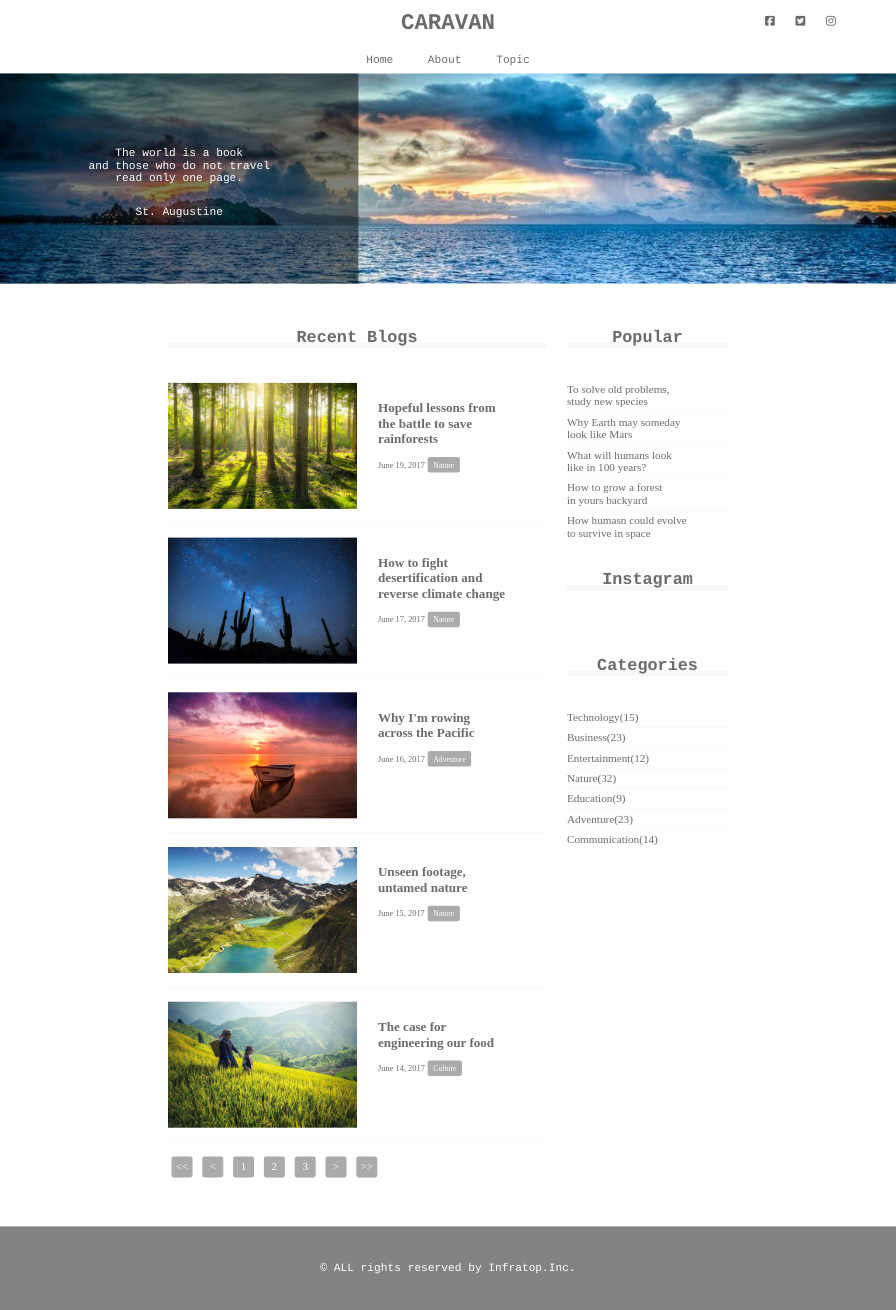
Repository: sweetyk0168/git-kadai3
Page: caravan/index.html
The author's editor kept a record of every edit. The page is drawn from the files as they stood at one moment, then again after the next edit.
The browser window is 1280 px wide. The pictures show the whole page, at 70% of full size.
Some web libraries are served in a nearby version.

Above is the page before.

### caravan/index.html
<!DOCTYPE html>
<html lang="ja">
  <head>
    <meta charset="UTF-8" />
    <script src="https://kit.fontawesome.com/51edd661f7.js" crossorigin="anonymous"></script>
    <link rel="stylesheet" href="style.css" />
    <title>CARAVAN</title>
  </head>

  <body>
    <!-- header -->
    <!--<div class="header">-->
    <header>
      <h1 class="heading">
        <a href="index.html">
          CARAVAN
        </a>
      </h1>
      <div class="social">
        <i class="fa-brands fa-square-facebook"></i>
        <i class="fa-brands fa-square-twitter"></i>
        <i class="fa-brands fa-instagram"></i>
      </div>
    </header>
    <!--</div> -->

    <!-- navigation -->
    <nav>
      <ul class="navi-list">
          <li class="navi-list-item">
            <a href="index.html">Home</a>
          </li>
          <li class="navi-list-item">About</li>
          <li class="navi-list-item">Topic</li>
      </ul>
    </nav>
    <!-- main-visual用のdiv -->
    <div class="main-visual">
      <div class="main-visual-content">
        <!-- pタグ（と文字）を追加-->
        <p class="main-visual-text">
          The world is a book<br />
          and those who do not travel<br />
          read only one page.
        </p>
        <p class="main-visual-name">
          St. Augustine
        </p>
      </div>
    </div>

    <!-- main用のdiv -->
    <main>
        <!--<div class="sidebar-right"></div>-->
        <section class="blog">
        <h2 class="blog-heading">Recent Blogs</h2>
          <div class="blog-box">
            <div class="blog-item">
              <img class="blog-image" src="img/forest.jpg">
              <section class="blog-text">
                <h3 class="blog-text-heading">
                  <a href="single.html">
                    Hopeful lessons from<br>
                    the battle to save<br>
                    rainforests
                  </a>
                </h3>
                <p class="blog-date">June 19, 2017</p>
                <span class="category">Nature</span>
              </section>
            </div>
            <div class="blog-item">
              <img class="blog-image" src="img/desert.jpg" />
              <section class="blog-text">
                  <h3 class="blog-text-heading">
                    <a href="single.html">
                      How to fight<br>
                      desertification and<br>
                      reverse climate change
                    </a>
                  </h3>
                  <p class="blog-date">June 17, 2017</p>
                  <span class="category">Nature</span>
              </section>
            </div>
            <div class="blog-item">
              <img class="blog-image" src="img/sunset.jpg" />
              <section class="blog-text">
                  <h3 class="blog-text-heading">
                    <a href="single.html">
                      Why I'm rowing<br>
                      across the Pacific
                    </a>
                  </h3>
                  <p class="blog-date">June 16, 2017</p>
                  <span class="category">Adventure</span>
              </section>
            </div>
            <div class="blog-item">
              <img class="blog-image" src="img/italy.jpg" />
              <section class="blog-text">
                  <h3 class="blog-text-heading">
                    <a href="single.html">
                      Unseen footage,<br>
                      untamed nature
                    </a>
                  </h3>
                  <p class="blog-date">June 15, 2017</p>
                  <span class="category">Nature</span>
              </section>
            </div>
            <div class="blog-item">
              <img class="blog-image" src="img/asia.jpg" />
              <section class="blog-text">
                  <h3 class="blog-text-heading">
                    <a href="single.html">
                      The case for<br>
                      engineering our food
                    </a>
                  </h3>
                  <p class="blog-date">June 14, 2017</p>
                  <span class="category">Culture</span>
              </section>
            </div>
          </div>
          <dig class="pagination">
            <p><<</p>
            <p><</p>
            <p>1</p>
            <p>2</p>
            <p>3</p>
            <p>></p>
            <p>>></p>
          </dig>
        </section>
        <div class="sidebar">
          <section class="popular">
            <h2 class="popular-heading common-heading">Popular</h2>
            <div class="sidebar-contents">
              <p class="popular-text">To solve old problems,<br>study new species</p>
              <p class="popular-text">Why Earth may someday<br>look like Mars</p>
              <p class="popular-text">What will humans look<br>like in 100 years?</p>
              <p class="popular-text">How to grow a forest<br>in yours backyard</p>
              <p class="popular-text">How humasn could evolve<br>to survive in space</p>
            </div>
          </section>
          <section class="instragram">
            <h2 class="instagram-heading common-heading">Instagram</h2>
            <div class="sidebar-contents">
              <div class="instragram-box"></div>
              <div class="instragram-box"></div>
              <div class="instragram-box"></div>
              <div class="instragram-box"></div>
              <div class="instragram-box"></div>
              <div class="instragram-box"></div>
            </div>
          </section>
          <section class="categories">
            <h2 class="categories-heading common-heading">Categories</h2>
            <div class="sidebar-contents">
              <div class="categories-text">Technology(15)</div>
              <div class="categories-text">Business(23)</div>
              <div class="categories-text">Entertainment(12)</div>
              <div class="categories-text">Nature(32)</div>
              <div class="categories-text">Education(9)</div>
              <div class="categories-text">Adventure(23)</div>
              <div class="categories-text">Communication(14)</div>
            </div>
          </section>
        </div>
    </main>

    <!-- footer用のdiv -->
    <footer>
      <p class="footer-text">© ALL rights reserved by Infratop.Inc.</p>
    </footer>
  </body>
</html>

### caravan/style.css
/* ブラウザがそれぞれ持っているCSSをリセットするための記述 */
* {
  margin: 0;
  padding: 0;
  box-sizing: border-box;
  color: #6c6b6b;
}

a {
  text-decoration: none;
}

header, nav, h2, .main-visual, footer {
  font-family: Chalkduster, "Bradley Hand", Courier, "Segoe Print", sans-serif;
}

header {
  width: 90%; /* 横幅いっぱい */
  padding: 15px 0;
  margin: 0 auto;
  text-align: center;
  position: relative;
}

.social i {
  display: inline-block;
  margin-left: 20px;
}

.social {
  position: absolute;
  top: 22px;
  right: 22px;
}

header .heading {
  /* headerタグ内のheadingクラスにのみ反映される*/
 font-size: 32px;
}

.navi-list {
  text-align: center;
  padding: 10px 0;
  margin: 0 auto;
}

.navi-list-item {
  list-style: none;
  display: inline-block;
  margin: 0 20px;
}

.main-visual {
  width: 100%; /* 横幅いっぱい */
  height: 300px; /* 高さ300px */
  background-image: url(img/mv.jpg);
  background-size: cover;
  background-position: center;
}

.main-visual-content {
  width: 40%;
  height: 300px;
  background-color: rgba(0, 0, 0, 0.5); /*背景色を半透明の黒にする*/
  text-align: center; /* 文字を中央揃えにする*/
  padding-top: 105px; /* 上側の内側余白で垂直方向の位置を調整*/
}

.main-visual-text {
  color: #fff; /*文字色を城に変更*/
}

.main-visual-name {
  margin-top: 30px; /*上側の外側の余白*/
  color: #fff; /*文字色を白に変更*/
}

main {
  width: 800px; /* 横幅840px */
  display: flex; /* Flexboxの利用 */
  justify-content: center; /* 子要素の横並び・中央寄せ */
  margin: 0 auto; /* 中央寄せ（左右に余白がないとできない） */
  padding: 70px 0; /* 上下に70px 左右に0pxの内側余白*/
}

.blog {
  width: 540px;
  margin-right: 30px; /*領域の右側余白*/
}

.blog-heading {
  border-bottom: 8px solid #f7f7f7;
  text-align: center;
  line-height: 0.6;
}

.blog-box {
  padding-top: 50px;
}

.blog-item {
  padding-bottom: 20px;
  margin-bottom: 20px;
  border-bottom: 1px solid #f7f7f7;
  display: flex;
  justify-content: flex-start;
}

.blog-image {
  height: 180px;
}

.blog-text {
  padding: 25px 0 0 30px;
}

.blog-text-heading {
  padding-bottom: 15px;
}

.blog-date {
  font-size: 12px;
  display: inline-block;
}

.category {
  display: inline-block;
  padding: 5px 8px;
  background-color: #acabab;
  border-radius: 3px;
  color: #fff;
  font-size: 11px;
}

.pagination {
  text-align: center;
  padding-top: 50px;
}

.pagination p {
  display: inline-block;
  width: 30px;
  height: 30px;
  margin: 0 5px;
  color: #fff;
  background-color: #acabab;
  border-radius: 3px;
  line-height: 30px;
}
.sidebar {
  width: 230px;
}

.common-heading {
  border-bottom: 8px solid #f7f7f7;
  text-align: center;
  line-height: 0.6;
}

.sidebar-contents {
  padding: 50px 0;
}

.popular-text,
.categories-text {
  padding-bottom: 5px;
  border-bottom: 1px solid #f7f7f7;
  margin-bottom: 5px;
}

.popular-text:last-child,
.categories-text:last-child {
  margin: 0;
  padding: 0;
  border: none;
}

.instagram .sidebar-contents {
  display: flex;
  flex-wrap: wrap;
}

.instagram-box {
  width: 110px;
  padding-top: 110px;
  background-size: cover;
  background-position: center;
  margin-bottom: 10px;
}

.instagram-box:nth-child(odd) {
  margin-right: 10px;
}

.instagram-box:nth-child(1) {
  background-image: url(img/airport.jpg);
}

.instagram-box:nth-child(2) {
  background-image: url(img/japan.jpg);
}

.instagram-box:nth-child(3) {
  background-image: url(img/snow.jpg);
}

.instagram-box:nth-child(4) {
  background-image: url(img/japan2.jpg);
}

.instagram-box:nth-child(5) {
  background-image: url(img/lake.jpg);
}

.instagram-box:nth-child(6) {
  background-image: url(img/road.jpg);
}


footer {
  width: 100%; /* 横幅いっぱい */
  height: 120px; /* 高さ100px */
  text-align: center;
  line-height: 120px;
  background-color: #848282; /* 背景色blue */
}

.footer-text {
  color: #fff;
}

@media screen and (max-width: 425px) {
  header {
    width: 100px;
  }

  .navi-list {
    width: 100px;
  }

  .navi-list-item {
    width: 100px;
    margin: 0 0 10px 0;
  }

  .social {
    display: none;
  }

  .main-visual-content {
    width: 100px;
  }

  main {
    width: 100px;
    display: block;
  }

  .blog {
    width: 100px;
    display: block;
  }

  .blog-box {
    padding-left :2%;
    padding-right: 2%;
  }













}

After the next edit:
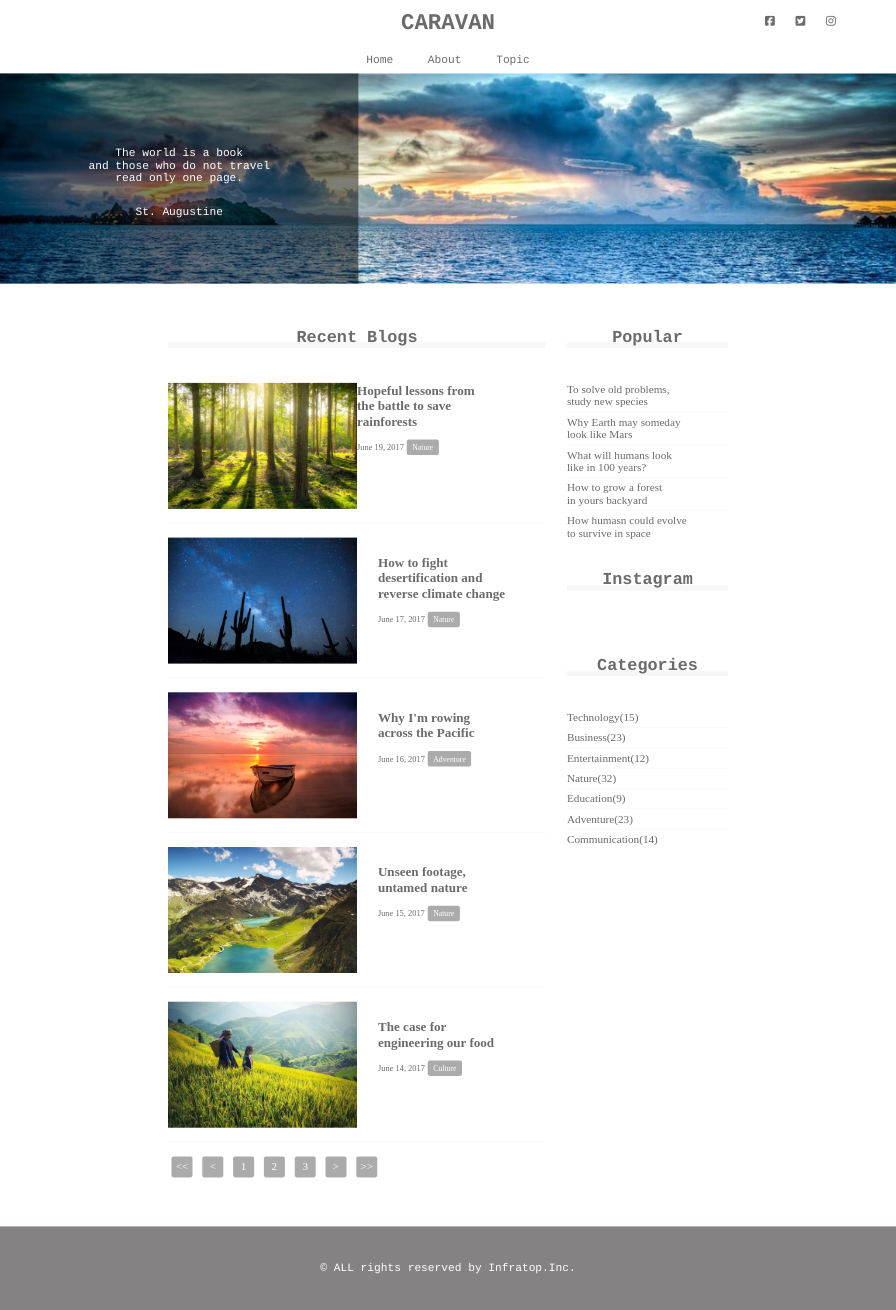
The edit:
--- a/caravan/index.html
+++ b/caravan/index.html
@@ -55,9 +55,9 @@
         <section class="blog">
         <h2 class="blog-heading">Recent Blogs</h2>
           <div class="blog-box">
-            <div class="blog-item">
-              <img class="blog-image" src="img/forest.jpg">
-              <section class="blog-text">
+          <div class="blog-item">
+              <img class="blog-image" src="img/forest.jpg" />
+              <section class="blog-text-heading">
                 <h3 class="blog-text-heading">
                   <a href="single.html">
                     Hopeful lessons from<br>
